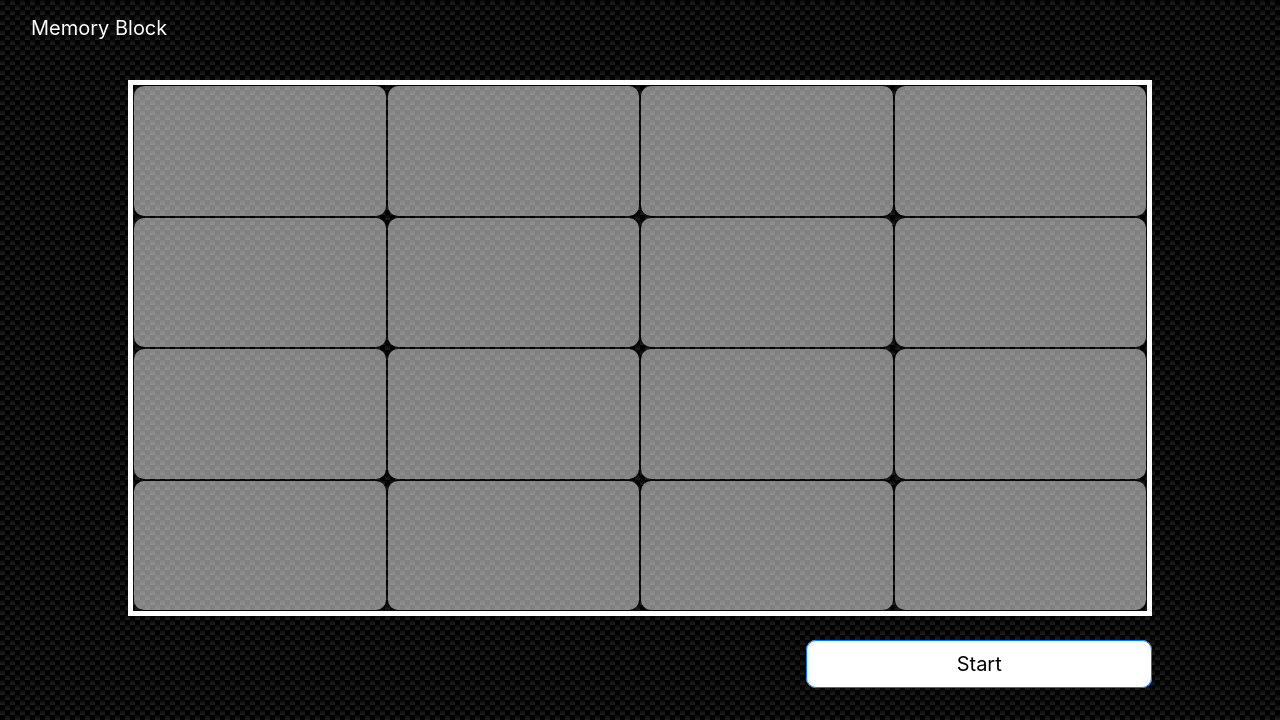
Repository: chrisrees85/memory-block
Page: medium.html
The author's editor kept a record of every edit. The page is drawn from the files as they stood at one moment, then again after the next edit.
The browser window is 1280 px wide. The pictures show the whole page.

Above is the page before.

### medium.html
<!DOCTYPE html>
<html lang="en">

<head>
    <meta charset="UTF-8">
    <meta name="viewport" content="width=device-width, initial-scale=1.0">
    <meta http-equiv="X-UA-Compatible" content="ie=edge">
    <title>Memory Block</title>
    <link rel="stylesheet" href="https://stackpath.bootstrapcdn.com/bootstrap/4.3.1/css/bootstrap.min.css" integrity="sha384-ggOyR0iXCbMQv3Xipma34MD+dH/1fQ784/j6cY/iJTQUOhcWr7x9JvoRxT2MZw1T" crossorigin="anonymous">
    <link rel="stylesheet" href="assets/css/style.css" type="text/css" />
</head>

<body>
    <div class="container-fluid">
        <nav class="navbar navbar-dark bg-dark">
                        <a class="navbar-brand" href="index.html">Memory Block</a>
        </nav>
    </div>
    </br>
        <div class="container board">
            <div class="row">
                <div class="col tiles"></div>
                <div class="col tiles"></div>
                <div class="col tiles"></div>
                <div class="col tiles"></div>
            </div>
            <div class="row">
                <div class="col tiles"></div>
                <div class="col tiles"></div>
                <div class="col tiles"></div>
                <div class="col tiles"></div>

            </div>
            <div class="row">
                <div class="col tiles"></div>
                <div class="col tiles"></div>
                <div class="col tiles"></div>
                <div class="col tiles"></div>

            </div>
            <div class="row">
                <div class="col tiles"></div>
                <div class="col tiles"></div>
                <div class="col tiles"></div>
                <div class="col tiles"></div>

            </div>
        </div>
        </br>
        <div class="row btn-right">

            <div id="btn"></div>

        </div>
    </div>

    <div class="modal fade" id="exampleModal" tabindex="-1" role="dialog" aria-labelledby="exampleModalLabel" aria-hidden="true">
        <div class="modal-dialog" role="document">
            <div class="modal-content">
                <div class="modal-header">
                    <h5 class="modal-title" id="modal-head"></h5>
                </div>
                <div class="modal-body" id='modal-text'>
                </div>
                <div class="modal-footer">
                    <div id="modal-btn1"></div>
                    <div id="modal-btn2"></div>
                </div>
            </div>
        </div>
    </div>


    <script src="https://code.jquery.com/jquery-3.3.1.slim.min.js" integrity="sha384-q8i/X+965DzO0rT7abK41JStQIAqVgRVzpbzo5smXKp4YfRvH+8abtTE1Pi6jizo" crossorigin="anonymous"></script>
    <script src="https://cdnjs.cloudflare.com/ajax/libs/popper.js/1.14.7/umd/popper.min.js" integrity="sha384-UO2eT0CpHqdSJQ6hJty5KVphtPhzWj9WO1clHTMGa3JDZwrnQq4sF86dIHNDz0W1" crossorigin="anonymous"></script>
    <script src="https://stackpath.bootstrapcdn.com/bootstrap/4.3.1/js/bootstrap.min.js" integrity="sha384-JjSmVgyd0p3pXB1rRibZUAYoIIy6OrQ6VrjIEaFf/nJGzIxFDsf4x0xIM+B07jRM" crossorigin="anonymous"></script>
    <script type="text/javascript" src="assets/js/scripts.js"></script>
</body>

</html>

### assets/css/style.css
* {
  padding: 0;
  margin: 0;
  box-sizing: border-box;
}

body {
  background-color: rgb(32, 32, 32);
  background-image: linear-gradient(45deg, black 25%, transparent 25%, transparent 75%, black 75%, black), linear-gradient(45deg, black 25%, transparent 25%, transparent 75%, black 75%, black), linear-gradient(to bottom, rgb(8, 8, 8), rgb(32, 32, 32));
  background-size: 10px 10px, 10px 10px, 10px 5px;
  background-position: 0px 0px, 5px 5px, 0px 0px;
}

h1, p{
  color:white;
}

.navbar-dark{
  background-color: rgba(0,0,0,0)!important;
}

.center {
  text-align: center;
}

.btn-lg{
  width:60vw;
  margin:auto;
  border-radius: 10px;
}

.board {
  width: 80vw;
  height:calc(72vh + 18px);
  margin: auto;
  border:5px solid white;
}

.tiles {
  background-color: rgba(255,255,255,0.5);
  height: 18vh;
  border-radius: 10px;
  margin: 1px;
}

.btn-right {
  margin-right: 10vw;
  float: right;
}

#btn,
#play-btn {
  width: 27vw;
  border-radius: 10px;
  background-color: white;
  color:black;
}

.blue{
  background-color: blue;
  transform: rotateY(-0deg);
  transition: transform 0.5s;
}

.green {
  background-color: green;
  transform: rotateY(180deg);
  transition: transform 0.5s;
}

.modal-dialog {
  padding-top: 200px;
}

### assets/js/scripts.js
let blocks = Array.from(document.querySelectorAll('.block'));
let buttonDiv = document.getElementById('btn');
let blocksLength = blocks.length;
let score = 0;

// First function of the play button

function startButton() {
    buttonDiv.innerHTML = '<button type="button" class="btn btn-primary btn-lg" id="play-btn" onclick="onClick();">Start</button>';
}
startButton();

// Function performs when first button function is pressed

function onClick() {
    // Renders the button inactive so the user can't keep calling onClick function
    buttonDiv.innerHTML = '<button type="button" class="btn btn-primary btn-lg" id="play-btn">Start</button>';

    // Countdown timer shown in the button text
    // Once time is up the buttons function changes to check users attempt
    let timeleft = 5;
    let countdownTimer = setInterval(function() {
        buttonDiv.innerHTML = '<button type="button" class="btn btn-primary btn-lg" id="play-btn"></button>';
        document.getElementById('play-btn').textContent = timeleft;
        timeleft -= 1;
        if (timeleft < 0) {
            clearInterval(countdownTimer);
            buttonDiv.innerHTML = '<button type="button" class="btn btn-primary btn-lg" id="play-btn" onclick="checkAttempt();" data-toggle="modal" data-target="#exampleModal">Check</button>';
        }
    }, 1000);

    // Shuffles the blocks array into a random order
    let i = blocksLength,
        rand, temp;
    while (--i > 0) {
        rand = Math.floor(Math.random() * (i + 1));
        temp = blocks[rand];
        blocks[rand] = blocks[i];
        blocks[i] = temp;
    }

    // Selects half of the shuffled array and adds the color class
    let bottomHalfblocks = blocks.slice(blocksLength / 2, blocksLength);
    bottomHalfblocks.forEach(function(i) {
        i.classList.replace('blue', 'green');
    });

    // Replaces the color class with an unused class after 6 seconds
    function clearBoard() {
        bottomHalfblocks.map(function(i) {
            i.classList.replace('green', 'blue');
            i.classList.add('marker')
        });
    }
    setTimeout(clearBoard, 6000);
    console.log(blocks);

    // Activates the users ability to click and change the block color 6 seconds after the start button is pressed
    function allowUserClick() {
        blocks.forEach(function(i) {
            i.addEventListener('click', tileClicked);
        });

        function tileClicked() {
            this.classList.toggle('green');
            this.classList.toggle('blue');
        }
    }
    setTimeout(allowUserClick, 6000);
}

let modalBtn1 = document.getElementById('modal-btn1');
let modalBtn2 = document.getElementById('modal-btn2');
// Function checks the users answers on clicking the check button and displays a modal
function checkAttempt() {

    // Loops through the blocks array and increments 1 to the score if a condition is true
    function checkClasses() {
        blocks.forEach(function(it) {
            if ((it.classList.contains('marker')) && (it.classList.contains('green'))) {
                score++;
            }
            else if ((it.classList.contains('green')) && !(it.classList.contains('marker'))) {
                score = blocksLength;
            }
        });
    }
    checkClasses();

    // Modal either gives a yes or no answer as to whether the user has succeeded
    if (score == blocksLength / 2) {
        document.getElementById('modal-head').textContent = ('CONGRATULATIONS!');
        document.getElementById('modal-text').textContent = ('You did it! why not do it again');
        modalBtn1.innerHTML = '<button type="button" class="btn btn-primary" onclick="location.reload();">New Game</button>';
        modalBtn2.innerHTML = '';
    }
    else {
        document.getElementById('modal-head').textContent = ('SORRY NOT THIS TIME!');
        document.getElementById('modal-text').textContent = ('See why and try again');
        modalBtn1.innerHTML = '<button type="button" class="btn btn-primary" data-dismiss="modal" onclick="reveal();">Reveal</button>';
        modalBtn2.innerHTML = '<button type="button" class="btn btn-primary" data-dismiss="modal" onclick="retry();">Try Again</button>';
    }
    // resets the score to 0 to keep the users attempt accurate
    score = 0;
}

function retry() {
    blocks.forEach(function(it) {
        if (it.classList.contains('green')) {
            it.classList.replace('green', 'blue');
        }
    });
}

// Replaces green class with blue class
function reveal() {
    buttonDiv.innerHTML = '<button type="button" class="btn btn-primary btn-lg" id="play-btn" onclick="location.reload();">New Game</button>';
    blocks.forEach(function(it) {
        if ((it.classList.contains('green')) && !(it.classList.contains('marker'))) {
            it.classList.replace('green', 'blue');
        }
        else if (!(it.classList.contains('green')) && (it.classList.contains('marker'))) {
            it.classList.replace('blue', 'green');
        }
    });
}

After the next edit:
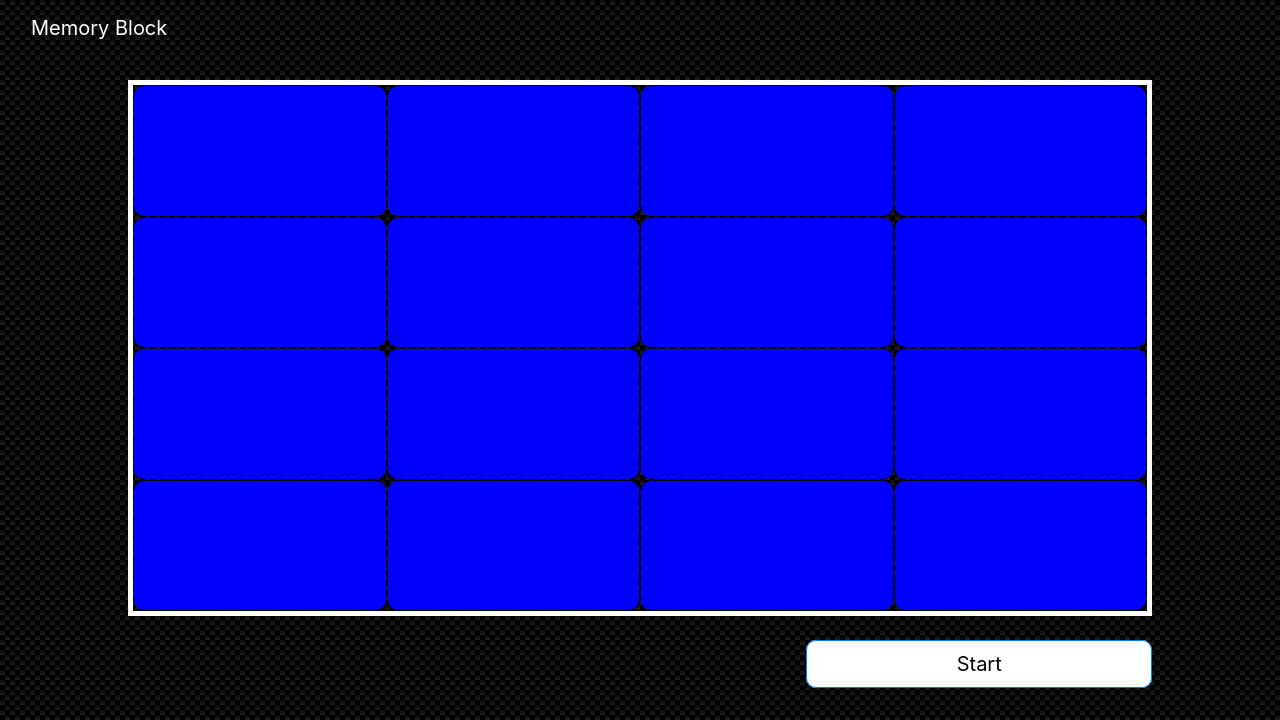
The edit:
--- a/medium.html
+++ b/medium.html
@@ -19,30 +19,30 @@
     </br>
         <div class="container board">
             <div class="row">
-                <div class="col tiles"></div>
-                <div class="col tiles"></div>
-                <div class="col tiles"></div>
-                <div class="col tiles"></div>
+                <div class="col tiles blue"></div>
+                <div class="col tiles blue"></div>
+                <div class="col tiles blue"></div>
+                <div class="col tiles blue"></div>
             </div>
             <div class="row">
-                <div class="col tiles"></div>
-                <div class="col tiles"></div>
-                <div class="col tiles"></div>
-                <div class="col tiles"></div>
+                <div class="col tiles blue"></div>
+                <div class="col tiles blue"></div>
+                <div class="col tiles blue"></div>
+                <div class="col tiles blue"></div>
 
             </div>
             <div class="row">
-                <div class="col tiles"></div>
-                <div class="col tiles"></div>
-                <div class="col tiles"></div>
-                <div class="col tiles"></div>
+                <div class="col tiles blue"></div>
+                <div class="col tiles blue"></div>
+                <div class="col tiles blue"></div>
+                <div class="col tiles blue"></div>
 
             </div>
             <div class="row">
-                <div class="col tiles"></div>
-                <div class="col tiles"></div>
-                <div class="col tiles"></div>
-                <div class="col tiles"></div>
+                <div class="col tiles blue"></div>
+                <div class="col tiles blue"></div>
+                <div class="col tiles blue"></div>
+                <div class="col tiles blue"></div>
 
             </div>
         </div>
